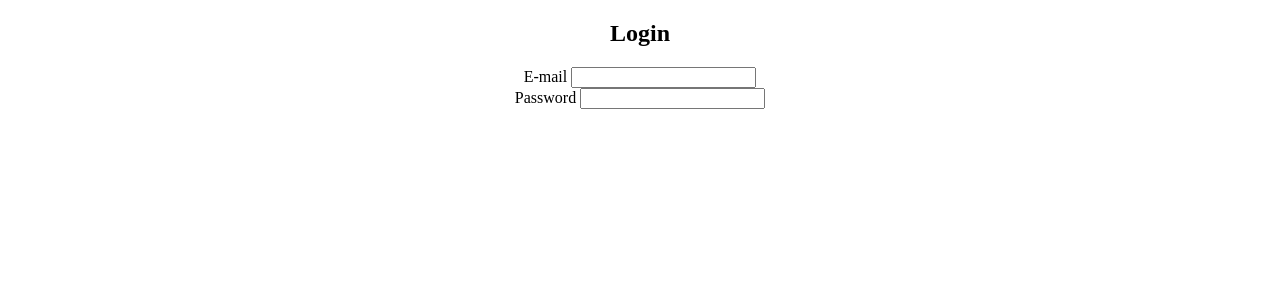
Repository: adiganaveen/Servlets
Page: LoginRegistrationApp/WebContent/login.html
The author's editor kept a copy of each file at every save. The page is drawn from the files as they stood at one save, then again after the next save.
The browser window is 1280 px wide. The pictures show the whole page.

Above is the page before, as saved 2019-01-22 09:12:08.

### LoginRegistrationApp/WebContent/login.html
<!DOCTYPE html>
<html>
<head>
<meta charset="UTF-8">
<title>Insert title here</title>
</head>
<body>
	<form action="login" method="post">
		<h2>
			<center>Login</center>
		</h2>
		<div align="center">
			<div>
				<label>E-mail</label> <input type="text" name="email" required>
			</div>
			<div>
				<label>Password</label> <input type="password" name="password"
					required>
			</div>
		</div>
	</form>
</body>
</html>

After the next save:
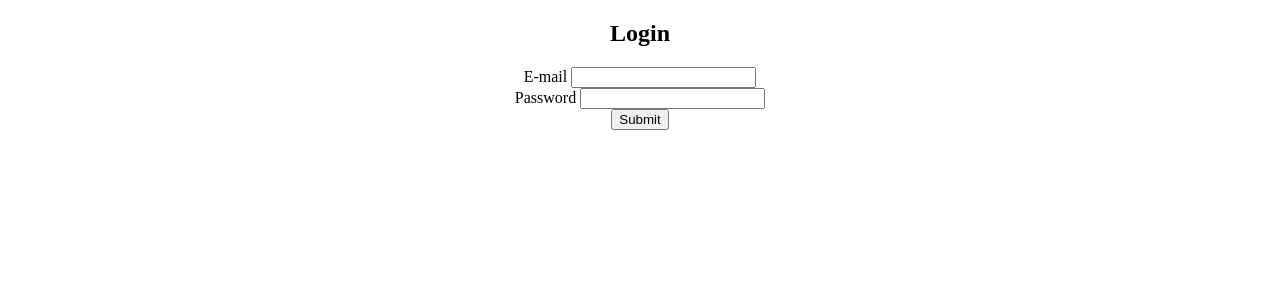
Saved 69 s later.
--- a/LoginRegistrationApp/WebContent/login.html
+++ b/LoginRegistrationApp/WebContent/login.html
@@ -17,6 +17,9 @@
 				<label>Password</label> <input type="password" name="password"
 					required>
 			</div>
+			<div>
+			<input type="submit" name="submit">
+			</div>
 		</div>
 	</form>
 </body>
